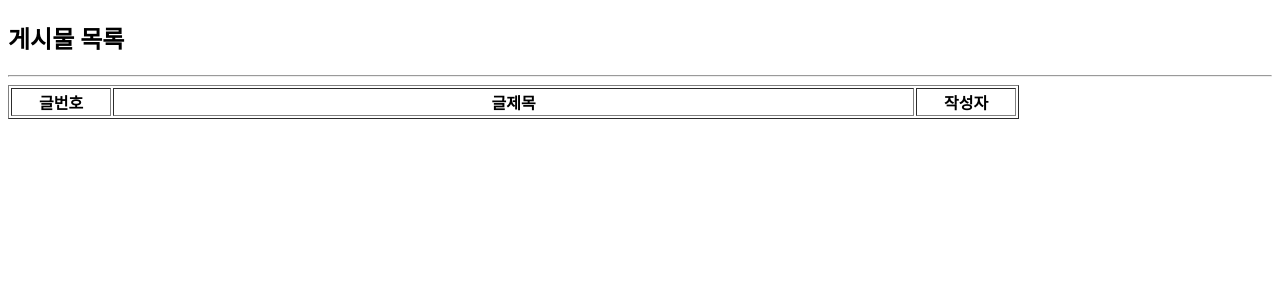
Repository: beom324/jsp-servlet
Page: http://localhost/day1227/listBoard
The author's editor kept a copy of each file at every save. The page is drawn from the files as they stood at one save, then again after the next save.
The browser window is 1280 px wide. The pictures show the whole page.
The page is served by Tomcat 9.

Above is the page before, as saved 2023-12-27 02:16:24.

After the next save:
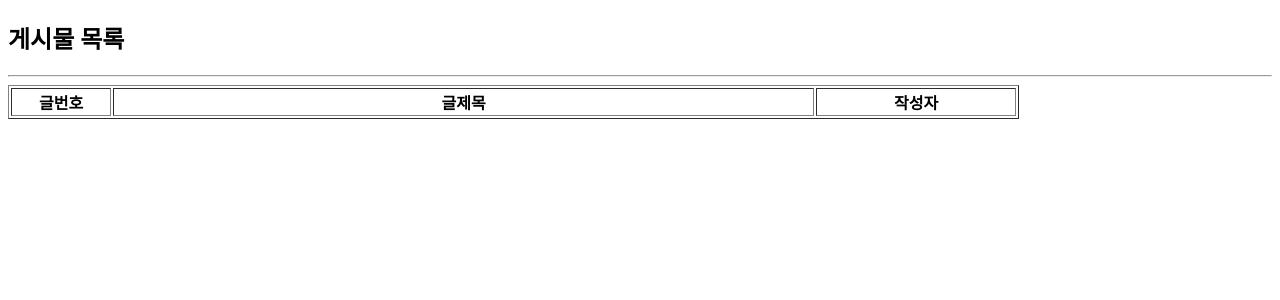
Saved 97 s later.
--- a/day1227/src/main/webapp/listBoard.jsp
+++ b/day1227/src/main/webapp/listBoard.jsp
@@ -19,9 +19,20 @@
 <table border="1" width="80%">
 	<tr>
 		<th width="10%">글번호</th>
-		<th width="80%">글제목</th>
-		<th width="10%">작성자</th>
+		<th width="70%">글제목</th>
+		<th width="20%">작성자</th>
 	</tr>
+	<%
+		for(BoardVO b : list){
+			%>
+				<tr>
+					<td><%=b.getNo()%></td>
+					<td><%=b.getTitle() %></td>
+					<td><%=b.getWriter() %></td>
+				</tr>
+			<%
+		}
+	%>
 </table>
 </body>
 </html>
